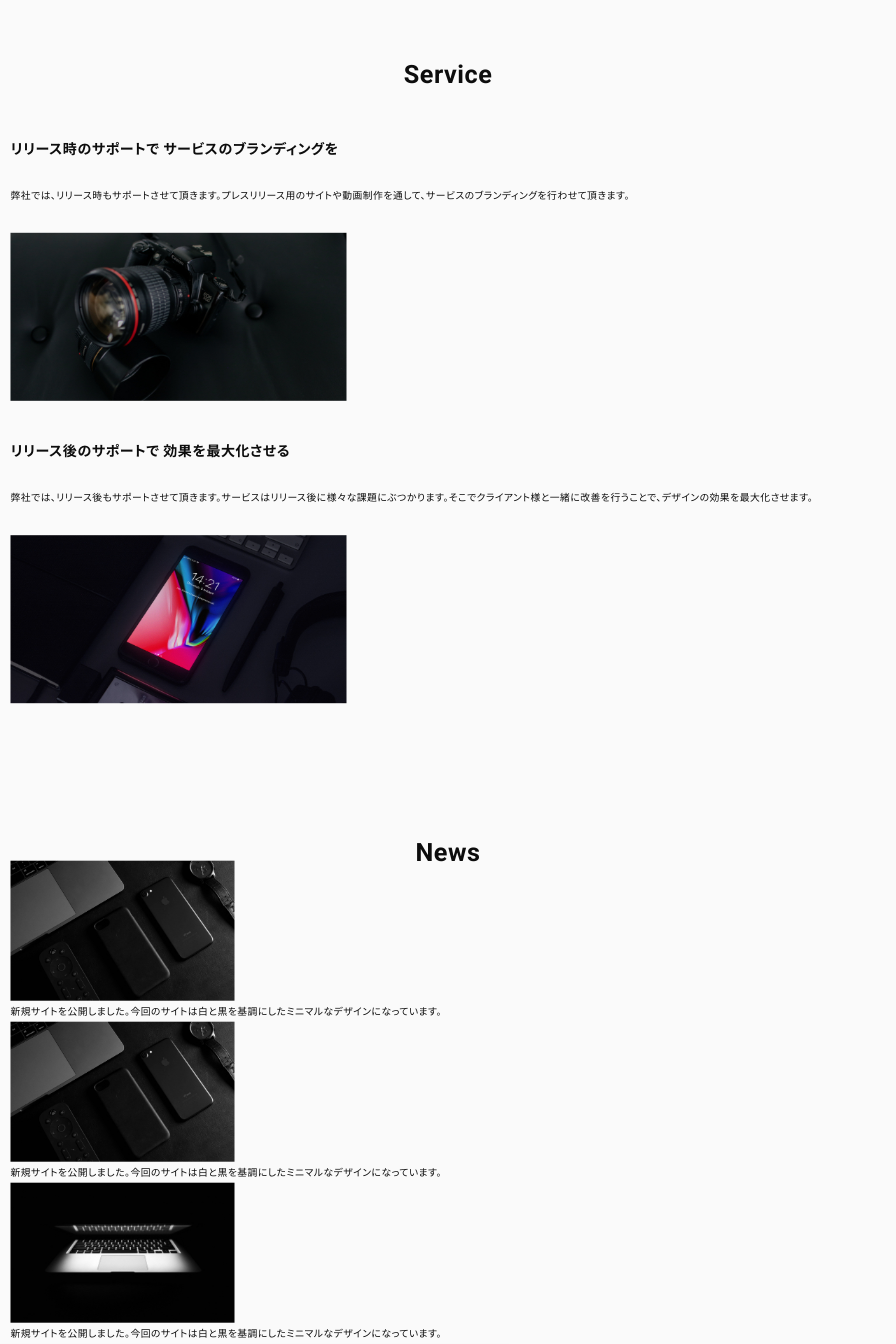
Repository: hatarakimono-kumasan/kurisuta_1st
Page: index.html
An editor plug-in stored every save of this project. The page is shown before and after the next save, followed by the edit.
The browser window is 1280 px wide. The pictures show the part of the page from y = 2511 to 4431 px (the page is 4431 px tall), at 70% of full size.
Some web libraries are served in a nearby version. The style sheet was rebuilt from its Sass, Less or Tailwind sources for each picture, by a compiler version that may differ from the author's.

Above is the page before, as saved 2020-05-15 09:07:06.

### index.html
<!DOCTYPE html>
<html lang="en">
	<head>
		<meta charset="UTF-8" />
		<meta name="viewport" content="width=device-width, initial-scale=1.0" />
		<meta http-equiv="X-UA-Compatible" content="ie=edge" />
		<title>Cresta.design</title>
		<meta name="keywords" content="カンマ区切りで10個以内推奨" />
		<meta name="description" content="120文字以内" />
		<meta property="og:title" content="このページのタイトル" />
		<meta property="og:type" content="TOPページはwebsite、子ページはarticle" />
		<meta property="og:url" content="このページのURL" />
		<meta property="og:image" content="1200×630以上推奨、絶対パスで指定" />
		<meta property="og:site_name" content="サイト名" />
		<meta property="og:description" content="80〜90文字推奨" />
		<meta name="twitter:card" content="summary or summary_large_image" />
		<meta name="twitter:site" content="@ユーザー名" />
		<meta name="format-detection" content="telephone=no" />
		<!-- <link rel="shortcut icon" sizes="16x16" href="ファビコン" />
		<link rel="apple-touch-icon" sizes="192x192" href="タッチアイコン" />
		<link rel="shortcut icon" sizes="192x192" href="タッチアイコン" /> -->
		<meta name="last-modified" content="Sun, 29 Dec 2019 20:30:30 GMT" />
		<link
			href="https://use.fontawesome.com/releases/v5.6.1/css/all.css"
			rel="stylesheet"
		/>
		<link rel="stylesheet" href="style.css" />
		<script
			src="https://code.jquery.com/jquery-3.4.1.min.js"
			integrity="sha256-CSXorXvZcTkaix6Yvo6HppcZGetbYMGWSFlBw8HfCJo="
			crossorigin="anonymous"
		></script>
	</head>
	<body>
		<!-- header -->
		<header class="header">
			<h1 class="site-title"><a href="./">クリ★スタ</a></h1>
			<div class="nav-wrapper">
				<nav class="header-nav">
					<ul class="nav-list">
						<li class="nav-item"><a href="#about">About</a></li>
						<li class="nav-item"><a href="#service">Service</a></li>
						<li class="nav-item"><a href="#news">News</a></li>
						<li class="nav-item"><a href="#contact">Contact</a></li>
					</ul>
				</nav>
			</div>
			<button class="burger-btn">
				<span class="bars">
					<span class="bar bar_top"></span>
					<span class="bar bar_mid"></span>
					<span class="bar bar_bottom"></span>
				</span>
			</button>
		</header>
		<!-- //header -->

		<!--first view-->
		<div class="first_view">
			<img src="img/fv-bgi_sp@2x.jpg" alt="サイトイメージ" />
			<p>Cresta Design.</p>
		</div>
		<!--//first view-->

		<main>
			<!--about-->
			<section class="about" id="about">
				<h2>About</h2>
				<h3>
					ミニマルで<br />
					洗練されたデザインを。
				</h3>
				<p>
					近年、ミニマルなデザインが流行しています。そこで弊社では、クライアント企業様新規サービス等の課題に対してミニマルで洗練されたデザインを実現させることで解決のサポートを致します。もちろん全てのサービスにおいてミニマルなデザインが課題解決になるわけではないので、課題や今後のサービスの展開等しっかりとヒアリングを行なった上でご提案させて頂きます。
				</p>
			</section>
			<!--//about-->

			<!--service-->
			<section class="service" id="service">
				<h2>Service</h2>
				<h3>リリース時のサポートで サービスのブランディングを</h3>
				<p>
					弊社では、リリース時もサポートさせて頂きます。プレスリリース用のサイトや動画制作を通して、サービスのブランディングを行わせて頂きます。
				</p>
				<img src="/img/service-image@2x.jpg" alt="サービス" />
				<h3>リリース後のサポートで 効果を最大化させる</h3>
				<p>
					弊社では、リリース後もサポートさせて頂きます。サービスはリリース後に様々な課題にぶつかります。そこでクライアント様と一緒に改善を行うことで、デザインの効果を最大化させます。
				</p>
				<img src="/img/service-image02@2x.jpg" alt="サービス" />
			</section>
			<!--//service-->

			<!--news-->
			<section class="news" id="news">
				<h2>News</h2>
				<div class="news_card_wrapper">
					<div class="news_card">
						<img
							class="card-img"
							src="img/card-image1@2x.jpg"
							alt="newsイメージ"
						/>
						<div class="card-content">
							<p class="card-text">
								新規サイトを公開しました。今回のサイトは白と黒を基調にしたミニマルなデザインになっています。
							</p>
						</div>
						<!--//card-content-->
					</div>
					<!--//news_card-->
					<div class="news_card">
						<img
							class="card-img"
							src="img/card-image1@2x.jpg"
							alt="newsイメージ"
						/>
						<div class="card-content">
							<p class="card-text">
								新規サイトを公開しました。今回のサイトは白と黒を基調にしたミニマルなデザインになっています。
							</p>
						</div>
						<!--//card-content-->
					</div>
					<!--//news_card-->
					<div class="news_card">
						<img
							class="card-img"
							src="img/card-image3@2x.jpg"
							alt="newsイメージ"
						/>
						<div class="card-content">
							<p class="card-text">
								新規サイトを公開しました。今回のサイトは白と黒を基調にしたミニマルなデザインになっています。
							</p>
						</div>
						<!--//card-content-->
					</div>
					<!--//news_card-->
				</div>
				<!--//news_card_wrapper-->
			</section>
			<!--//news-->
		</main>
		<script src="drawer.js"></script>
	</body>
</html>

### drawer.js
$(".burger-btn").on("click", function () {
	//.btn_triggerをクリックすると
	$(".burger-btn").toggleClass("close"); //.btn_triggerにcloseクラスを付与(ボタンのアニメーション)
	$(".nav-wrapper").fadeToggle(500); //.nav-wrapperが0.5秒でフェードイン(メニューのフェードイン)
	$("body").toggleClass("noscroll"); //bodyにnoscrollクラスを付与(スクロールを固定)
});

if ($(window).width() < 768) {
	//デバイスの幅が768以下のとき
	$(".nav-item>a").on("click", function () {
		//.nav-item>aをクリックすると
		$(".nav-wrapper").fadeOut(500); //.nav-wrapperが0.5秒でフェードアウト(メニューのフェードアウト)
		$(".burger-btn").removeClass("close"); //.btn_triggerのcloseクラスを削除
		$("body").removeClass("noscroll"); //bodyのnoscrollクラスを削除
	});
}

### style.scss
/* ======================================
Foundation
====================================== */

@import "scss/foundation/reset";
@import "scss/foundation/mixin";
@import "scss/foundation/settings";
@import "scss/foundation/base";

/* ======================================
Layout
====================================== */

@import "scss/layout/header";
// @import 'layout/nav';
@import "scss/layout/main";
// @import 'layout/footer';

/* ======================================
Object
====================================== */

/**
Component
----------------------------------- */

// @import 'object/component/';

/**
Project
----------------------------------- */

// @import 'object/project/';

/**
Utility
----------------------------------- */
// @import 'object/utility/';

### scss/foundation/_reset.scss
html,
body,
div,
span,
object,
iframe,
h1,
h2,
h3,
h4,
h5,
h6,
p,
blockquote,
pre,
abbr,
address,
cite,
code,
del,
dfn,
em,
img,
ins,
kbd,
q,
samp,
small,
strong,
sub,
sup,
var,
b,
i,
dl,
dt,
dd,
ol,
ul,
li,
fieldset,
form,
label,
legend,
table,
caption,
tbody,
tfoot,
thead,
tr,
th,
td,
article,
aside,
canvas,
details,
figcaption,
figure,
footer,
header,
hgroup,
menu,
nav,
section,
summary,
time,
mark,
audio,
video {
	margin: 0;
	padding: 0;
	border: 0;
	outline: 0;
	font-size: 100%;
	vertical-align: baseline;
	background: transparent;
}
body {
	line-height: 1;
}
article,
aside,
details,
figcaption,
figure,
footer,
header,
hgroup,
menu,
nav,
section,
main {
	display: block;
}
ol,
ul {
	list-style: none;
}
blockquote,
q {
	quotes: none;
}
blockquote:before,
blockquote:after,
q:before,
q:after {
	content: "";
	content: none;
}
a {
	margin: 0;
	padding: 0;
	font-size: 100%;
	vertical-align: baseline;
	background: transparent;
}
ins {
	background-color: #ff9;
	color: #333;
	text-decoration: none;
}
mark {
	background-color: #ff9;
	color: #333;
	font-style: italic;
	font-weight: bold;
}
del {
	text-decoration: line-through;
}
abbr[title],
dfn[title] {
	border-bottom: 1px dotted;
	cursor: help;
}
table {
	border-collapse: collapse;
	border-spacing: 0;
}
hr {
	display: block;
	height: 1px;
	border: 0;
	border-top: 1px solid #cccccc;
	margin: 1em 0;
	padding: 0;
}
input,
select {
	vertical-align: middle;
}

### scss/foundation/_mixin.scss
/*================================================= mixin (mobile to pc)
=================================================*/
$tab: 768px;
$lap: 1024px;
$pc: 1200px;

@mixin tab {
	@media screen and (min-width: ($tab)) {
		@content;
	}
}

@mixin lap {
	@media screen and (min-width: ($lap)) {
		@content;
	}
}

@mixin pc {
	@media screen and (min-width: ($pc)) {
		@content;
	}
}

/*================================================= トラッキング(letter-spacing)のmixin
=================================================*/
@mixin tracking($tracking) {
	letter-spacing: ($tracking / 1000) + em;
}

// 利用するとき
//   p {
//    @include tracking(16);
//   }

### scss/foundation/_settings.scss
/*
font
------------------------------------------*/
@import url("https://fonts.googleapis.com/css2?family=Roboto:wght@400;700&display=swap");
@import url("https://fonts.googleapis.com/css2?family=Noto+Sans+JP:wght@700&display=swap");
body {
	font-family: Roboto, "Noto Sans JP", 游ゴシック, "Yu Gothic", 游ゴシック体,
		YuGothic, "ヒラギノ角ゴ Pro W3", "Hiragino Kaku Gothic Pro", "Meiryo UI",
		メイリオ, Meiryo, sans-serif;
	font-size: medium;
	letter-spacing: 0.05em;
	word-break: break-all;
}
h1,
h2,
h3,
h4,
h5,
strong {
	font-weight: bold;
}

/*フォントサイズ
https://websemantics.uk/tools/responsive-font-calculator/
-------------------------------------------------*/
html {
	font-size: 62.5%;
}
body {
	font-size: 1.6rem; /* 16px*/
	line-height: 2;
}
h1 {
	font-size: 26px; /* IE8以下とAndroid4.3以下用フォールバック */
	font-size: 2.6rem;
	line-height: calc(24 / 36);
	font-family: Roboto;
}
h2 {
	font-size: 36px; /* IE8以下とAndroid4.3以下用フォールバック */
	font-size: 3.6rem;
	line-height: calc(24 / 36);
	font-family: Roboto;
	text-align: center;
}
h3 {
	font-size: 20px; /* IE8以下とAndroid4.3以下用フォールバック */
	font-size: 2rem;
	line-height: calc(40 / 20);
	font-family: "Noto Sans JP";
}
p {
	font-size: 14px; /* IE8以下とAndroid4.3以下用フォールバック */
	font-size: 1.4rem;
	line-height: calc(30 / 14);
	font-family: "Noto Sans JP";
	@include tracking(50);
}

### scss/foundation/_base.scss
/*
Base
---------------------------------------------- */
html {
	box-sizing: border-box;
	height: 100%;
}
*,
*:before,
*:after {
	box-sizing: inherit;
}
body {
	height: 100%;
	font-feature-settings: "palt";
	color: #0d0d0d;
	background-color: #fafafa;
}
img {
	max-width: 100%;
	height: auto;
	vertical-align: bottom;
}
a {
	color: inherit;
}
input,
textarea {
	font-family: inherit;
	font-size: 100%;
}

### scss/layout/_header.scss
// body {
// 	color: #141414;
// 	font-size: 1.4rem;
// 	line-height: 1.8;
// 	letter-spacing: 0.05em;

// 	font-family: "Roboto", sans-serif, "Noto Sans JP", sans-serif;
// }
.noscroll {
	overflow: hidden;
}
/* img {
	width: 100%;
	vertical-align: bottom;
} */
a {
	text-decoration: none;
	color: #fff;
}
// .section-title {
// 	font-size: 3.6rem;
// 	font-weight: bold;
// 	text-align: center;
// 	letter-spacing: 0.05em;
// 	margin-bottom: 70px;
// }
// h3 {
// 	font-size: 2.4rem;
// 	font-weight: bold;
// 	line-height: 2;
// 	letter-spacing: 0.1em;
// 	margin-bottom: 40px;
// }
// .section-wrapper {
// 	padding: 100px 10% 50px;
// }

/* ------------------ */
/* header */
/* ------------------ */
.header {
	background-color: #1b1310;
	color: #fff;
	height: 74px;
	display: flex;
	justify-content: space-between;
	align-items: center;
	padding: 0 120px;
	border-bottom: 1px solid #fff;
}
.nav-list {
	/* navの横並び */
	display: flex;
}
.nav-item {
	/* メニューの右側に余白 */
	margin-right: 55px;
}
.burger-btn {
	display: none;
}

@media screen and (max-width: 768px) {
	/* ----------------------- */
	/* base_sp
/* ----------------------- */

	// h3 {
	// 	font-size: 2rem;
	// 	margin-bottom: 30px;
	// }
	// .section-wrapper {
	// 	padding: 100px 5% 50px;
	// }
	/* ------------------ */
	/* humberger-menu */
	/* ------------------ */
	.header {
		padding: 0 5%;
	}
	.burger-btn {
		display: block;
		width: 39px;
		height: 39px;
		position: relative;
		z-index: 3;
		/*   codepenの挙動のため */
		background-color: transparent;
		border: none;
	}
	.bar {
		width: 20px;
		height: 1px;
		display: block;
		position: absolute;
		left: 50%;
		transform: translateX(-50%);
		background-color: #fff;
	}
	.bar_top {
		top: 10px;
	}
	.bar_mid {
		top: 50%;
		transform: translate(-50%, -50%);
	}
	.bar_bottom {
		bottom: 10px;
	}
	.burger-btn.close .bar_top {
		transform: translate(-50%, 10px) rotate(45deg);
		transition: transform 0.3s;
	}
	.burger-btn.close .bar_mid {
		opacity: 0;
		transition: opacity 0.3s;
	}
	.burger-btn.close .bar_bottom {
		transform: translate(-50%, -8px) rotate(-45deg);
		transition: transform 0.3s;
	}
	.nav-wrapper {
		display: none;
		width: 100vw;
		height: 100vh;
		position: fixed;
		top: 0;
		left: 0;
		z-index: 2; /*キービジュアルと.btn_triggerとの重なりの前後関係を調整*/
	}
	.header-nav {
		width: 100%;
		height: 100%;
		background-color: #1b1310;
		z-index: 2;
	}
	.header-nav .nav-list {
		display: block;
		position: absolute;
		top: 50%;
		left: 50%;
		transform: translate(-50%, -50%);
		text-align: center;
	}
	.header-nav .nav-item {
		margin-right: 0;
		margin-bottom: 40px;
	}
}

### scss/layout/_main.scss
/*=======================================
first view
=========================================*/
.first_view {
	width: 100%;
	position: relative;

	img {
		min-width: 100%;
	}
	p {
		width: 300px;
		height: 100px;
		border: #fff 2px solid;
		color: #fff;
		position: absolute;
		transform: translateY(-50%);
		font-size: 3rem;
		top: 50%;
		left: 50%;
		text-align: center;
		transform: translate(-50%, -50%);
		line-height: 100px;
	}
}

/*=============================================
all
===============================================*/
main {
	width: calc(100% - 30px);
	margin: auto;
	margin-top: 10rem;
	margin-bottom: 5rem;
}
.about,
.service {
	width: 100%;
	margin-bottom: 15rem;
	h2 {
		margin-bottom: 7.3rem;
	}
	h3 {
		margin-bottom: 3.1rem;
	}
}

/*=============================================
about
===============================================*/
.about {
}

/*=============================================
service
===============================================*/
.service {
	img {
		margin: 4rem 0 5.1rem;
	}
}

After the next save:
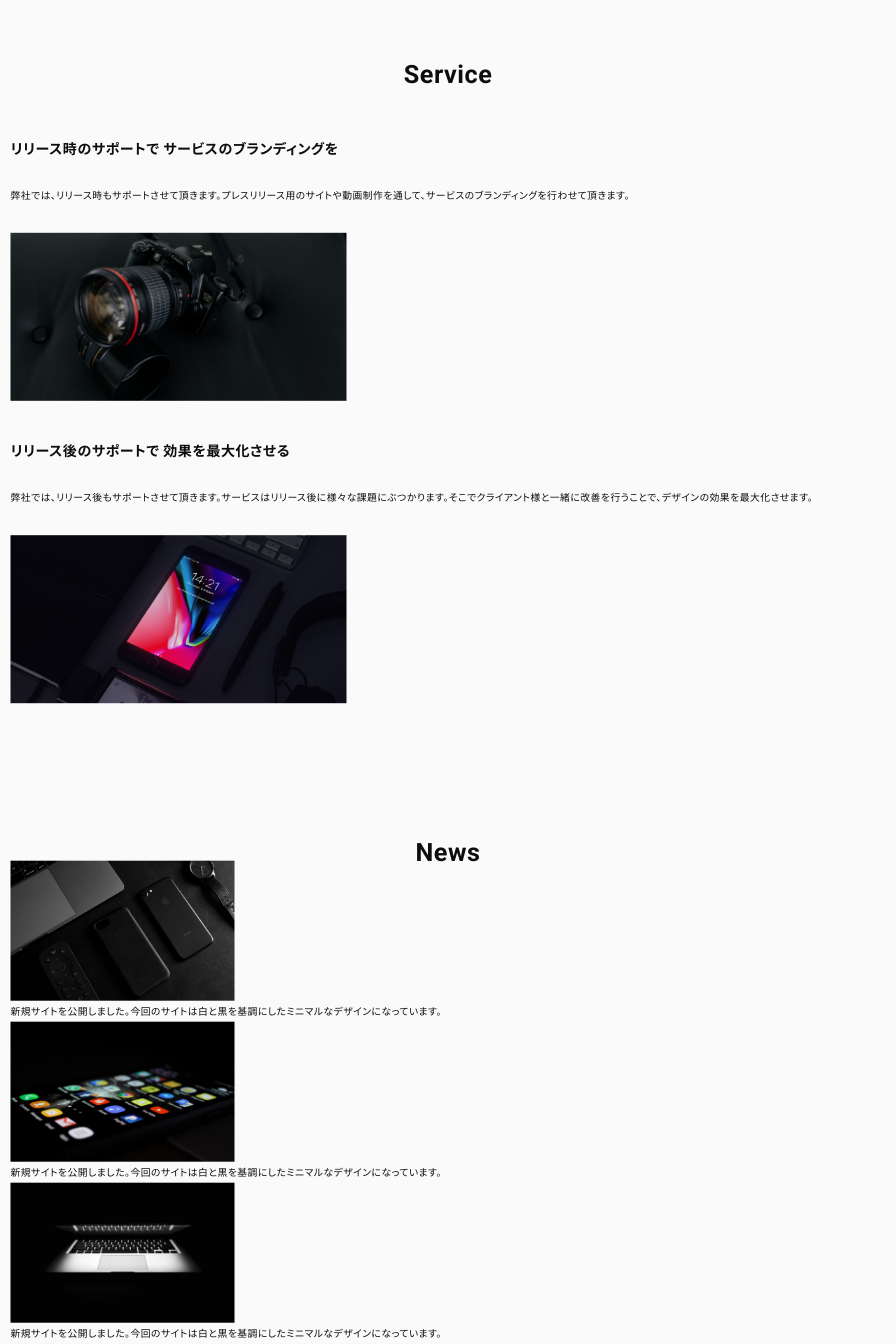
Saved 21 s later.
--- a/index.html
+++ b/index.html
@@ -113,7 +113,7 @@
 					<div class="news_card">
 						<img
 							class="card-img"
-							src="img/card-image1@2x.jpg"
+							src="img/card-image2@2x.jpg"
 							alt="newsイメージ"
 						/>
 						<div class="card-content">
